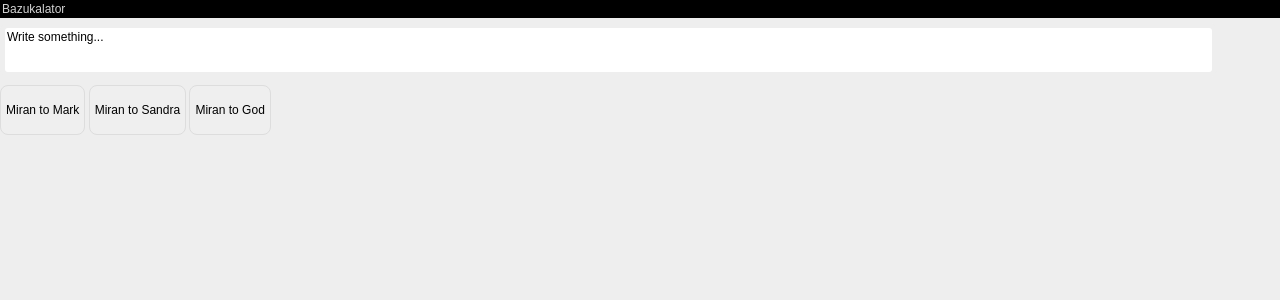
Repository: mbadzak/bazukalator
Page: Bazukalator/assets/www/index.html
The author's editor kept a copy of each file at every save. The page is drawn from the files as they stood at one save, then again after the next save.
The browser window is 1280 px wide. The pictures show the whole page.

Above is the page before, as saved 2012-10-14 06:20:55.

### Bazukalator/assets/www/index.html
<!DOCTYPE HTML>
<html>
<head>
<title>Hello World</title>
<script type="text/javascript" charset="utf-8" src="cordova-2.1.0.js"></script>
<script type="text/javascript" src="jquery.min.js"></script>
<script type="text/javascript" src="jquery.autosize-min.js"></script>
<script type="text/javascript" src="utl.js"></script>


<style>
.lang_button {
  height: 50px;
  padding: 5px;
}
.post_box {
  padding: 5px;
  position: relative;
  top: 1px;
}
body {
  background-color: #eeeeee;
}
.this_page {
  text-align: left;
  background-size: 100%;
  background-attachment: fixed;
  background-repeat: repeat-x;
}
* {
	font-family: Arial, Geneva, Helvetica, sans-serif;
	font-size: 12px;
	outline-width: 0px;
}
body {
 	margin: 0px;
 	text-align: center;
}
textarea {
	resize: none;
}
textarea, select,
input {
	border: 1px solid #DDD;
	-moz-border-radius: 8px;
  	-webkit-border-radius: 8px;
  	border-radius: 8px;
}

select {
	border: 1px solid #DDD;
}

</style>

</head>
<body>


<script type="text/javascript">
    var orig_text = "";
</script>
<div class="this_page">
  <div class="generic_heading" style="color: lightgray; background: black; padding: 2px;">
    Bazukalator
  </div>
  <div style="margin-top: 5px; text-align: left;">
    <textarea name="msg"
              id="msg"
              onFocus="utl_clear_text_field(this, 'Write something...');"
              class="generic_box"
              style="width: 94%; height: 40px; border: 5px solid #eeeeee; z-index: 1;"
              autocomplete="off">Write something...</textarea>
  </div>
  <div style="margin-top: 5px;">
    <input type="button"
           id="btn_submit1"
           class="lang_button"
           value="Miran to Mark">
    <input type="button"
           id="btn_submit2"
           class="lang_button"
           value="Miran to Sandra">
    <input type="button"
           id="btn_submit3"
           class="lang_button"
           value="Miran to God">
  </div>

  <div id="post" style="margin: 20px 0px 0px 5px; text-align: left; display: none; ">
    <div style="float: left; clear: both; width: 50%; font-size: 11px;">
      <input type="radio"
           id="post_facebook"
           class="post_box"
           checked="checked"
           value="Post to Facebook">
           <img class="button_img img_norad" src="img/fb-icon.png" width="15" height="15">
           Facebook
    </div>
    <div style="float: left; width: 50%; font-size: 11px;">
      <input type="radio"
           id="post_twitter"
           class="post_box"
           checked="checked"
           value="Post to Facebook">
           <img class="button_img img_norad" src="img/twitter-icon.png" width="15" height="15">
           Twitter
    </div>
  </div>
  <div id="post2" style="display: none; margin-top: 55px; margin-left: 0px;">
      <input type="button" value="Post" style="padding: 5px;">
  </div>
</div>
<script type="text/javascript">
    $("#btn_submit1").click(function() { submit(1); });
    $("#btn_submit2").click(function() { submit(2); });
    $("#btn_submit3").click(function() { submit(3); });

    function submit(lang) {
        if (orig_text == "")
            orig_text = $("#msg").val();

        var req = orig_text;
        if (req == "")
            return;

        $.post("http://localhost:8080/index.php/translator/svc",
              { req: req, lang: lang },
              function(data) {
             	$("#msg").val(data);
                $("#post").css("display", "block");
                $("#post2").css("display", "block");
              }
        );
    }

    function reset()
    {
    	$('#msg').val('');
        orig_text = "";
        $("#post").css("display", "none");
        $("#post2").css("display", "none");
    }

</script>

</body>
</html>

### Bazukalator/assets/www/jquery.autosize-min.js
// Autosize 1.7 - jQuery plugin for textareas
// (c) 2011 Jack Moore - jacklmoore.com
// license: www.opensource.org/licenses/mit-license.php
(function(a,b){var c="hidden",d='<textarea style="position:absolute; top:-9999px; left:-9999px; right:auto; bottom:auto; box-sizing:content-box; word-wrap:break-word; height:0 !important; min-height:0 !important; overflow:hidden">',e=["fontFamily","fontSize","fontWeight","fontStyle","letterSpacing","textTransform","wordSpacing"],f="oninput",g="onpropertychange",h=a(d)[0];h.setAttribute(f,"return"),a.isFunction(h[f])||g in h?a.fn.autosize=function(b){return this.each(function(){function p(){var a,b;m||(m=!0,j.value=h.value,j.style.overflowY=h.style.overflowY,j.style.width=i.css("width"),j.scrollTop=0,j.scrollTop=9e4,a=j.scrollTop,b=c,a>l?(a=l,b="scroll"):a<k&&(a=k),h.style.overflowY=b,h.style.height=h.style.minHeight=h.style.maxHeight=a+o+"px",setTimeout(function(){m=!1},1))}var h=this,i=a(h).css({overflow:c,overflowY:c,wordWrap:"break-word"}),j=a(d).addClass(b||"autosizejs")[0],k=i.height(),l=parseInt(i.css("maxHeight"),10),m,n=e.length,o=i.css("box-sizing")==="border-box"?i.outerHeight()-i.height():0;l=l&&l>0?l:9e4;while(n--)j.style[e[n]]=i.css(e[n]);a("body").append(j),g in h?f in h?h[f]=h.onkeyup=p:h[g]=p:h[f]=p,a(window).resize(p),i.bind("autosize",p),p()})}:a.fn.autosize=function(){return this}})(jQuery);

### Bazukalator/assets/www/utl.js
String.prototype.trim = function() {
    return this.replace(/^\s+|\s+$/g, "");
};
String.prototype.trim_newline = function() {
	return this.replace(/(\r\n|\n|\r)/gm,"");
};

/*
 * utl_clear_text_field
 * IN	field	field to clear
 */
function utl_clear_text_field(field, init_value) {
	if (field.value.toString() == init_value.toString())
		field.value = "";
	field.style.color = "#000000";
	field.style.background = "#FFFFFF";
}

function utl_clear_text_field_id(id, init_value)
{
	var field = document.getElementById(id);
	return utl_clear_text_field(field, init_value);
}

function utl_clear_password_field(disp_p, real_p) {
	var dp = document.getElementById(disp_p);
	var rp = document.getElementById(real_p);
	dp.style.display = "none";
	rp.style.display = "inline";

	rp.focus();
}

function utl_reset_password_field(disp_p, real_p) {
	var dp = document.getElementById(disp_p);
	var rp = document.getElementById(real_p);
	if (rp.value == "") {
		dp.style.display = "inline";
		rp.style.display = "none";
		dp.value = "Password";
	}
}

function utl_reset_text_field(field, value) {
	if (field.value == "") {
		field.value = value;
		field.style.color = "#999999";
	}
}

function utl_focus(id)
{
	var elem = document.getElementById(id);
	elem.focus();
}

function utl_is_int(a)
{
	return parseInt(a, 10) === a;
}
function utl_handle_enter(field, event)
{
	if (event.keyCode == 13) {
		$(field).closest('form').submit();
		return false;
	}
	return true;
}

/**
 * @deprecated use jquery plugin instead
 * @param field
 * @param event
 * @param max_per_line
 */
function utl_expand_texarea_as_you_go(field, event, max_per_line)
{
	var chars = field.value.length;
	var rows = chars / max_per_line;
	var newline_count;
	var total_size = 18;
	var modified = false;

	if (chars == 0) return;

	newline_count = (field.value.split('\n')).length - 1;

	if (utl_is_int(rows))
	{
		total_size += (rows * 12);
		modified = true;
	}

	if (newline_count > 0) {
		total_size += (newline_count * 16);
		modified = true;
	}

	if (modified)
		field.style.height = total_size + "px";
}

/*
 * utl_toggle_visibility
 * IN	field	field to clear
 */
function utl_toggle_visibility(field) {
	var fl = document.getElementById(field);
	fl.style.display = (fl.style.display == "block") ? "none" : "block";
}

/*
 * utl_toggle_visibility
 * IN	field	field to show
 */
function utl_show_field(field) {
	var fl = document.getElementById(field);
	if (fl == null)
		return;
	fl.style.display = "block";
}

function utl_hide_field(field) {
	var fl = document.getElementById(field);
	if (fl == null)
		return;
	fl.style.display = "none";
}

function utl_show_obj(obj)
{
	obj.style.display = "block";
}
function utl_hide_obj(obj)
{
	obj.style.display = "none";
}


function generate_uuid()
{
	/* credit: http://stackoverflow.com/questions/105034/how-to-create-a-guid-uuid-in-javascript */
	var uuid = 'xxxxxxxx-xxxx-4xxx-yxxx-xxxxxxxxxxxx'.replace(/[xy]/g, function(c) {
	    var r = Math.random()*16|0, v = c == 'x' ? r : (r&0x3|0x8);
	    return v.toString(16);
	});

	return uuid;
}

Loaded but not shown: Bazukalator/assets/www/cordova-2.1.0.js (library); Bazukalator/assets/www/jquery.min.js (library)

After the next save:
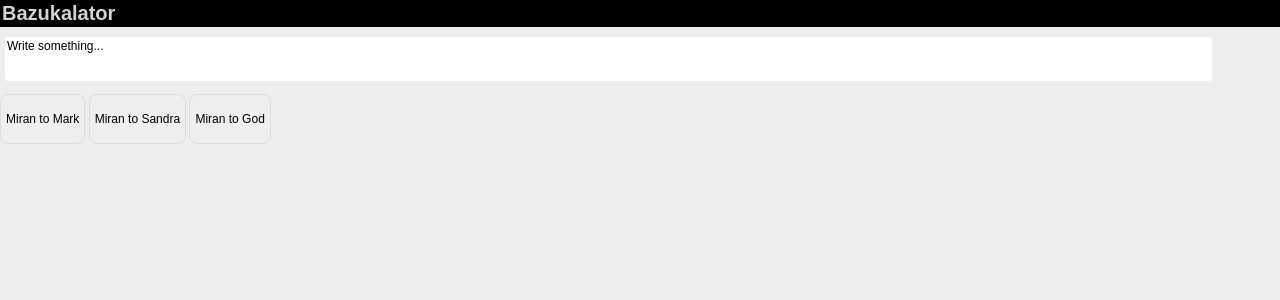
Saved 48 s later.
--- a/Bazukalator/assets/www/index.html
+++ b/Bazukalator/assets/www/index.html
@@ -50,6 +50,10 @@ input {
 select {
 	border: 1px solid #DDD;
 }
+.heading {
+	font-size: 20px;
+	font-weight: bold;
+}
 
 </style>
 
@@ -61,7 +65,7 @@ select {
     var orig_text = "";
 </script>
 <div class="this_page">
-  <div class="generic_heading" style="color: lightgray; background: black; padding: 2px;">
+  <div class="heading" style="color: lightgray; background: black; padding: 2px;">
     Bazukalator
   </div>
   <div style="margin-top: 5px; text-align: left;">
